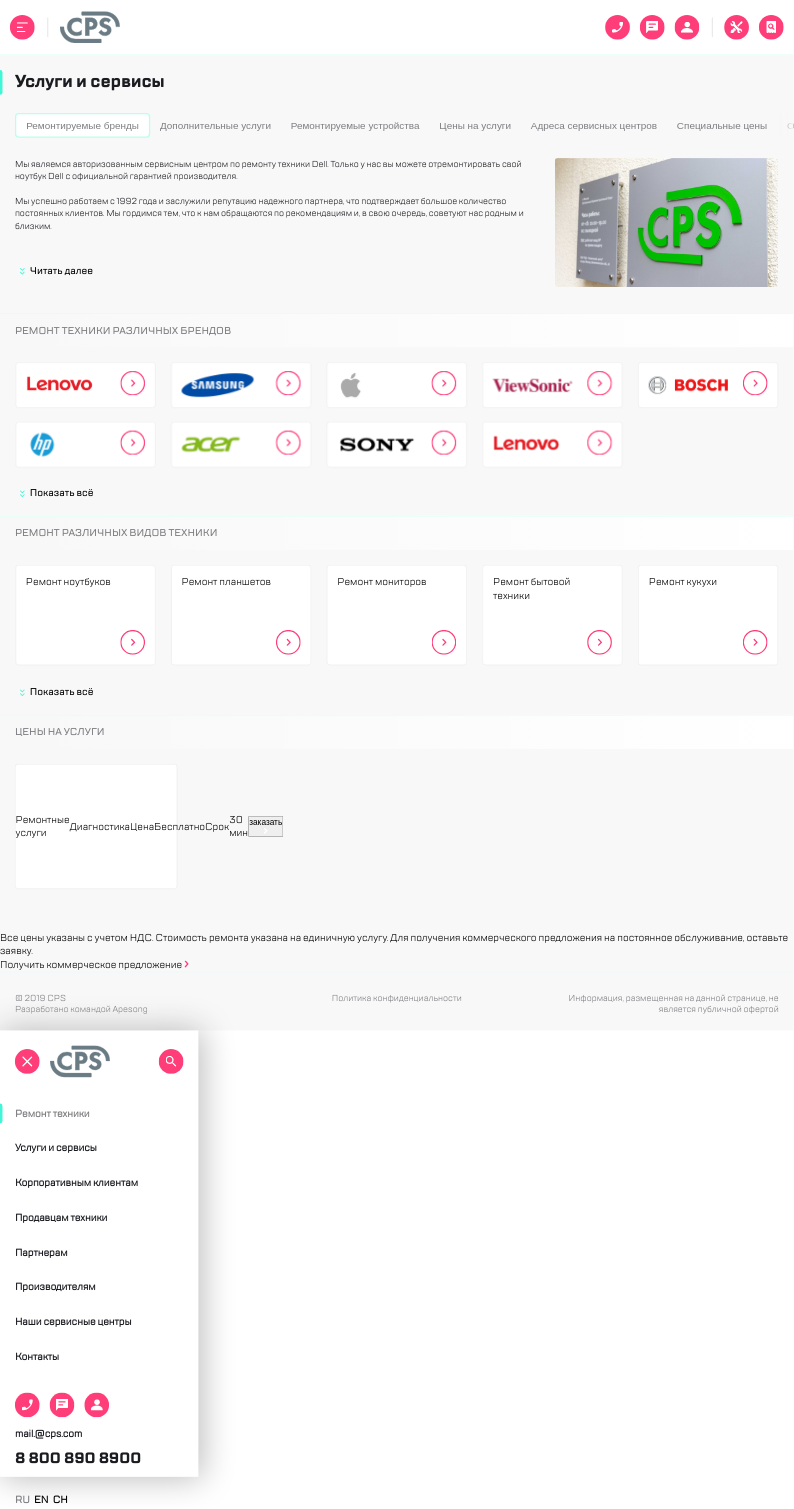
Repository: Dedoxa/WebCoreF
Page: /
These files come from the project's save history. The page is drawn as it stood at one moment and after the next save; the edit follows.
The browser window is 1280 px wide. The pictures show the whole page, at 62% of full size.
The project was rebuilt for these pictures with package versions that can differ from the ones it lists, and the page was loaded fresh each time. Also part of the build but not shown: webpack.config.js.

Above is the page before, as saved 2024-06-15 19:10:46.

### src/index.html
<!DOCTYPE html>
<html lang="en">
  <head>
    <meta charset="UTF-8" />
    <meta
      name="viewport"
      content="width=device-width, user-scalable=no, initial-scale=1.0, maximum-scale=1.0, minimum-scale=1.0"
    />
    <meta http-equiv="X-UA-Compatible" content="ie=edge" />
    <title>WebCoreFinal</title>
  </head>
  <body>
    <header class="header">
      <div class="header__left-side">
        <a id="burger" href="#" class="icon header__icon"></a>
        <a id="logo" href="#" class="icon header__icon"></a>
      </div>
      <div class="header__right-side">
        <a id="call" href="#" class="icon header__icon"></a>
        <a id="chat" href="#" class="icon header__icon"></a>
        <a id="profile" href="#" class="icon header__icon"></a>
        <a id="repair" href="#" class="icon header__icon"></a>
        <a id="checkStatus" href="#" class="icon header__icon"></a>
      </div>
    </header>
    <main>
      <section class="presentation">
        <div class="presentation__wrapper">
          <div class="presentation__title">
            <h1 class="presentation__heading">Услуги и сервисы</h1>
            <div class="presentation__right-area">
              <label class="presentation__icon-area">
                <span class="presentation__icon-text">Оставить заявку</span>
                <a id="repair" href="#" class="icon presentation__icon"></a>
              </label>
              <label class="presentation__icon-area">
                <span class="presentation__icon-text">Статус ремонта</span>
                <a id="checkStatus" href="#" class="icon presentation__icon"></a>
              </label>
            </div>
          </div>
          <div class="presentation__buttons">
            <button href="#" class="presentation__button presentation__button--focus">
              Ремонтируемые бренды
            </button>
            <button href="#" class="presentation__button">
              Дополнительные услуги
            </button>
            <button href="#" class="presentation__button">
              Ремонтируемые устройства
            </button>
            <button href="#" class="presentation__button">
              Цены на услуги
            </button>
            <button href="#" class="presentation__button">
              Адреса сервисных центров
            </button>
            <button href="#" class="presentation__button">
              Специальные цены
            </button>
            <button href="#" class="presentation__button">Отзывы</button>
            <div class="presentation__right-fade-effect"></div>
          </div>
          <div class="presentation__container">
            <div class="presentation__description">
              <p class="presentation__text">
                Мы являемся авторизованным сервисным центром по ремонту техники
                Dell. Только у нас вы можете отремонтировать свой ноутбук Dell с
                официальной гарантией производителя. <br /><br />
                Мы успешно работаем с 1992 года и заслужили репутацию надежного
                партнера, что подтверждает большое количество постоянных клиентов.
                Мы гордимся тем, что к нам обращаются по рекомендациям и, в свою
                очередь, советуют нас родным и близким.
              </p>
              <span class="presentation__toggler">Читать далее</span>
            </div>
            <img src="img/CPS-img-tablet.jpg" alt="" class="presentation__image-tablet" />
            <img
              src="img/CPS-img-desktop.jpg"
              alt=""
              class="presentation__image-desktop"
            />
          </div>
        </div>
        <img src="img/CPS-img-phone.jpg" alt="" class="presentation__image-phone" />
      </section>
      <section class="plates">
        <header class="plates__heading">
            <div class="plates__wrapper plates__wrapper-heading">
                <span>Ремонт техники различных брендов</span>
            </div>
        </header>
        <div class="plates__content-area">
            <div class="plates__wrapper">
                <div class="plates__swiper-container">
                    <div class="swiper plates__swiper">
                        <div id="plate-options" class="swiper-wrapper plates__brands-wrapper">
                            <div class="swiper-slide plates__slide">
                                <div class="plates__brand-plate">
                                    <img src="../img/logo-lenovo.png"  width="108" height="32"  class="plates__logo"></img>
                                    <div class="plates__dropdown-wrapper">
                                      <img src="./img/ic-dropdown.svg"></img>
                                    </div>
                                </div>
                            </div>
                            <div class="swiper-slide plates__slide">
                                <div class="plates__brand-plate">
                                    <img src="../img/logo-samsung.png" width="116" height="38.52" class="plates__logo"></img>
                                    <div class="plates__dropdown-wrapper">
                                      <img src="./img/ic-dropdown.svg"></img>
                                    </div>
                                </div>
                            </div>
                            <div class="swiper-slide plates__slide">
                                <div class="plates__brand-plate">
                                    <img src="../img/logo-apple.png" width="44" height="44" class="plates__logo"></img>
                                    <div class="plates__dropdown-wrapper">
                                      <img src="./img/ic-dropdown.svg"></img>
                                    </div>
                                </div>
                            </div>
                            <div class="swiper-slide plates__slide">
                                <div class="plates__brand-plate">
                                    <img src="../img/logo-viewSonic.png" width="128" height="21" class="plates__logo"></img>
                                    <div class="plates__dropdown-wrapper">
                                      <img src="./img/ic-dropdown.svg"></img>
                                    </div>
                                </div>
                            </div>
                            <div class="swiper-slide plates__slide">
                                <div class="plates__brand-plate">
                                    <img src="../img/logo-bosch.png" width="128" height="28.6" class="plates__logo"></img>
                                    <div class="plates__dropdown-wrapper">
                                      <img src="./img/ic-dropdown.svg"></img>
                                    </div>
                                </div>
                            </div>
                            <div class="swiper-slide plates__slide">
                                <div class="plates__brand-plate">
                                    <img src="../img/logo-hp.png" width="52" height="52" class="plates__logo"></img>
                                    <div class="plates__dropdown-wrapper">
                                      <img src="./img/ic-dropdown.svg"></img>
                                    </div>
                                </div>
                            </div>
                            <div class="swiper-slide plates__slide">
                                <div class="plates__brand-plate">
                                    <img src="../img/logo-acer.png" width="94" height="24" class="plates__logo"></img>
                                    <div class="plates__dropdown-wrapper">
                                      <img src="./img/ic-dropdown.svg"></img>
                                    </div>
                                </div>
                            </div>
                            <div class="swiper-slide plates__slide">
                                <div class="plates__brand-plate">
                                    <img src="../img/logo-sony.png" width="128" height="25.6" class="plates__logo"></img>
                                    <div class="plates__dropdown-wrapper">
                                      <img src="./img/ic-dropdown.svg"></img>
                                    </div>
                                </div>
                            </div>
                            <div class="swiper-slide plates__slide">
                                <div class="plates__brand-plate">
                                    <img src="../img/logo-lenovo.png"  width="108" height="32"  class="plates__logo"></img>
                                    <div class="plates__dropdown-wrapper">
                                      <img src="./img/ic-dropdown.svg"></img>
                                    </div>
                                </div>
                            </div>
                        </div>
                        <div class="swiper-pagination"></div>
                    </div>
                </div>
            </div>
            <div class="plates__toggler-area">
                <label class="plates__wrapper plates__wrapper-toggler">
                    <span id="plates-toggler" class="plates__toggler">Показать всё</span>
                </label>
            </div>
        </div>
      </section>
      <section class="plates">
        <header class="plates__heading">
            <div class="plates__wrapper plates__wrapper-heading">
                <span>Ремонт различных видов техники</span>
            </div>
        </header>
        <div class="plates__content-area">
            <div class="plates__wrapper">
                <div class="plates__swiper-container">
                    <div class="swiper plates__swiper">
                        <div id="device-options" class="swiper-wrapper plates__devices-wrapper">
                            <div class="swiper-slide plates__slide">
                                <div class="plates__device-plate">
                                  <span class="plates__logo">Ремонт ноутбуков</span>
                                  <div class="plates__dropdown-wrapper">
                                    <img src="./img/ic-dropdown.svg"></img>
                                  </div>
                                </div>
                            </div>
                            <div class="swiper-slide plates__slide">
                                <div class="plates__device-plate">
                                  <span class="plates__logo">Ремонт планшетов</span>
                                  <div class="plates__dropdown-wrapper">
                                    <img src="./img/ic-dropdown.svg"></img>
                                  </div>
                                </div>
                            </div>
                            <div class="swiper-slide plates__slide">
                                <div class="plates__device-plate">
                                  <span class="plates__logo">Ремонт мониторов</span>
                                  <div class="plates__dropdown-wrapper">
                                    <img src="./img/ic-dropdown.svg"></img>
                                  </div>
                                </div>
                            </div>
                            <div class="swiper-slide plates__slide">
                                <div class="plates__device-plate">
                                  <span class="plates__logo">Ремонт бытовой техники</span>
                                  <div class="plates__dropdown-wrapper">
                                    <img src="./img/ic-dropdown.svg"></img>
                                  </div>
                                </div>
                            </div>
                            <div class="swiper-slide plates__slide">
                                <div class="plates__device-plate">
                                  <span class="plates__logo">Ремонт кукухи</span>
                                  <div class="plates__dropdown-wrapper">
                                    <img src="./img/ic-dropdown.svg"></img>
                                  </div>
                                </div>
                            </div>
                            <div class="swiper-slide plates__slide">
                                <div class="plates__device-plate">
                                  <span class="plates__logo">Ремонт шмемонт</span>
                                  <div class="plates__dropdown-wrapper">
                                    <img src="./img/ic-dropdown.svg"></img>
                                  </div>
                                </div>
                            </div>
                            <div class="swiper-slide plates__slide">
                                <div class="plates__device-plate">
                                  <span class="plates__logo">Ремонт бельмонт</span>
                                  <div class="plates__dropdown-wrapper">
                                    <img src="./img/ic-dropdown.svg"></img>
                                  </div>
                                </div>
                            </div>
                            <div class="swiper-slide plates__slide">
                                <div class="plates__device-plate">
                                  <span class="plates__logo">Ремонт взял тебя на понт</span>
                                  <div class="plates__dropdown-wrapper">
                                    <img src="./img/ic-dropdown.svg"></img>
                                  </div>
                                </div>
                            </div>
                            <div class="swiper-slide plates__slide">
                                <div class="plates__device-plate">
                                  <span class="plates__logo">Ремонт дорог (вечный*)</span>
                                  <div class="plates__dropdown-wrapper">
                                    <img src="./img/ic-dropdown.svg"></img>
                                  </div>
                                </div>
                            </div>
                        </div>
                        <div class="swiper-pagination"></div>
                    </div>
                </div>
            </div>
            <div class="plates__toggler-area">
                <label class="plates__wrapper plates__wrapper-toggler">
                    <span id="devices-toggler" class="plates__toggler">Показать всё</span>
                </label>
            </div>
        </div>
      </section>
      <section class="plates">
        <header class="plates__heading">
          <div class="plates__wrapper plates__wrapper-heading">
            <span>Цены на услуги</span>
          </div>
        </header>
        <div class="plates__content-area">
          <div class="plates__wrapper">
            <div class="plates__swiper-container">
              <div class="swiper plates__swiper">
                <div class="swiper-wrapper plates__prices-wrapper">
                  <div class="swiper-slide plates__slide">
                    <div class="plates__price-plate">
                      <p>Ремонтные услуги</p>
                      <p>Диагностика</p>
                      <p>Цена</p>
                      <p>Бесплатно</p>
                      <p>Срок</p>
                      <p>30 мин</p>
                      <button>
                        заказать
                        <img src="./img/ic-right-white-arrow.svg" alt="">
                      </button>
                    </div>
                  </div>
                </div>
                <div class="swiper-pagination"></div>
              </div>
            </div>
          </div>
        </div>
        <div class="prices">
          <span>Все цены указаны с учетом НДС. Стоимость ремонта указана на единичную услугу. Для получения коммерческого предложения на постоянное обслуживание, оставьте заявку.</span>
          <div>
            <span>Получить коммерческое предложение</span>
            <img src="./img/ic-right-pink-arrow.svg">
          </div>
        </div>
      </section>
      <footer class="footer">
        <div class="footer__wrapper">
            <div>
              <p>© 2019 CPS<br>Разработано командой Apesong</p>
            </div>
            <div>
              <p>Политика конфиденциальности</p>
            </div>
            <div>
              <p>Информация, размещенная на данной странице, не является публичной офертой</p>
            </div>
      </footer>

      <aside class="aside-menu">
        <div class="aside-menu__wrapper">
          <div>
            <div class="aside-menu__header">
              <div class="aside-menu__subwrapper">
                <div class="aside-menu__header-left">
                  <a id="cross" href="#" class="icon aside-menu__icon"></a>
                  <a id="logo" href="#" class="icon aside-menu__icon"></a>
                </div>
                <div class="aside-menu__header-right">
                  <a id="search" href="#" class="icon aside-menu__icon"></a>
                </div>
              </div>
            </div>
            <ul class="aside-menu__links-list">
              <li class="aside-menu__link aside-menu__link--active">
                <a href="#" class=""> Ремонт техники </a>
              </li>
              <li class="aside-menu__link"><a href="#"> Услуги и сервисы </a></li>
              <li class="aside-menu__link"><a href="#"> Корпоративным клиентам </a></li>
              <li class="aside-menu__link"><a href="#"> Продавцам техники </a></li>
              <li class="aside-menu__link"><a href="#"> Партнерам </a></li>
              <li class="aside-menu__link"><a href="#"> Производителям </a></li>
              <li class="aside-menu__link"><a href="#"> Наши сервисные центры </a></li>
              <li class="aside-menu__link"><a href="#"> Контакты </a></li>
            </ul>
          </div>
          <section class="aside-menu__down-section">
            <div class="aside-menu__down-wrapper">
              <div class="aside-menu__down-icons">
                <a id="call" href="#" class="icon aside-menu__icon"></a>
                <a id="chat" href="#" class="icon aside-menu__icon"></a>
                <a id="profile" href="#" class="icon aside-menu__icon"></a>
              </div>
              <div>
                <a href="mailto:mail.@cps.com" class="aside-menu__email"><span>mail.@cps.com</span></a>
                <a href="tel:+88008908900" class="aside-menu__phone-number"><span>8 800 890 8900</span></a>
              </div>
              <div class="aside-menu__language-choice">
                <span class="aside-menu__language-option aside-menu__language-option--active">RU</span>
                <span class="aside-menu__language-option">EN</span>
                <span class="aside-menu__language-option">CH</span>
              </div>
            </div>
          </section>
        </div>
      </aside>
    </main>
  </body>
</html>

### src/scss/style.scss
@import url('./\(id\)icons.scss');
@import url('./\(import\)fonts.scss');
@import url('./\(tag\)html.scss');
@import url('./\(tag\)svg.scss');
@import url('../../node_modules/swiper/swiper-bundle.css');

@import url('./aside-menu.scss');
@import url('./footer.scss');
@import url('./header.scss');
@import url('./icon.scss');
@import url('./jsExpand.scss');
@import url('./plates.scss');
@import url('./presentation.scss');
@import url('./prices.scss');
@import url('./swiper-castomization.scss');

### src/scss/(id)icons.scss
#burger {
  background-image: url('../img/ic-burger.svg');
}

#logo {
  background-color: transparent;
  border-radius: 0;
  background-image: url('../img/ic-CPSLogo.svg');
}

#call {
  background-image: url('../img/ic-call.svg');
}

#chat {
  background-image: url('../img/ic-chat.svg');
}

#profile {
  background-image: url('../img/ic-profile.svg');
}

#repair {
  background-image: url('../img/ic-repair.svg');
}

#checkStatus {
  background-image: url('../img/ic-checkstatus.svg');
}

#cross {
  background-image: url('../img/ic-cross.svg');
}

#search {
  background-image: url('../img/ic-search.svg');
}

### src/scss/(tag)html.scss
html {
  box-sizing: border-box;
  font-family: 'TT Lakes Regular', Times, serif;

  * {
    box-sizing: inherit;
    margin: 0;
    padding: 0;

    &:before,
    &:after {
      box-sizing: inherit;
      margin: 0;
      padding: 0;
    }
  }
}

### src/scss/(tag)svg.scss
svg {
  position: absolute;
  top: 50%;
  left: 50%;
  transform: translate(-50%, -50%);
}

### src/scss/icon.scss
.icon {
  flex: 0 0 auto;
  position: relative;
  width: 40px;
  height: 40px;
  background-color: #ff3e79;
  background-repeat: no-repeat;
  background-position: center;
  border-radius: 50%;
  transition: opacity linear 0.2s;
  opacity: 100%;

  &:hover {
    transition: opacity linear 0.2s;
    opacity: 50%;
  }
}

### src/scss/jsExpand.scss
.jsExpand {
  height: max-content !important;
}

### src/scss/prices.scss
.priceText {
  font-size: 14px;
}

### src/scss/swiper-castomization.scss
.swiper-pagination {
  .swiper-pagination-bullet {
    width: 12px;
    height: 12px;
    background-color: #dddddd;
  }

  .swiper-pagination-bullet-active {
    background-color: #b5b6bc;
  }
}

Loaded but not shown: src/js/js.js (51 lines, source omitted); src/js/index.js (4 lines, source omitted); src/scss/presentation.scss (262 lines, source omitted); src/scss/plates.scss (208 lines, source omitted); src/scss/aside-menu.scss (163 lines, source omitted); src/scss/header.scss (87 lines, source omitted); src/scss/(import)fonts.scss (29 lines, source omitted); src/scss/footer.scss (56 lines, source omitted)

After the next save:
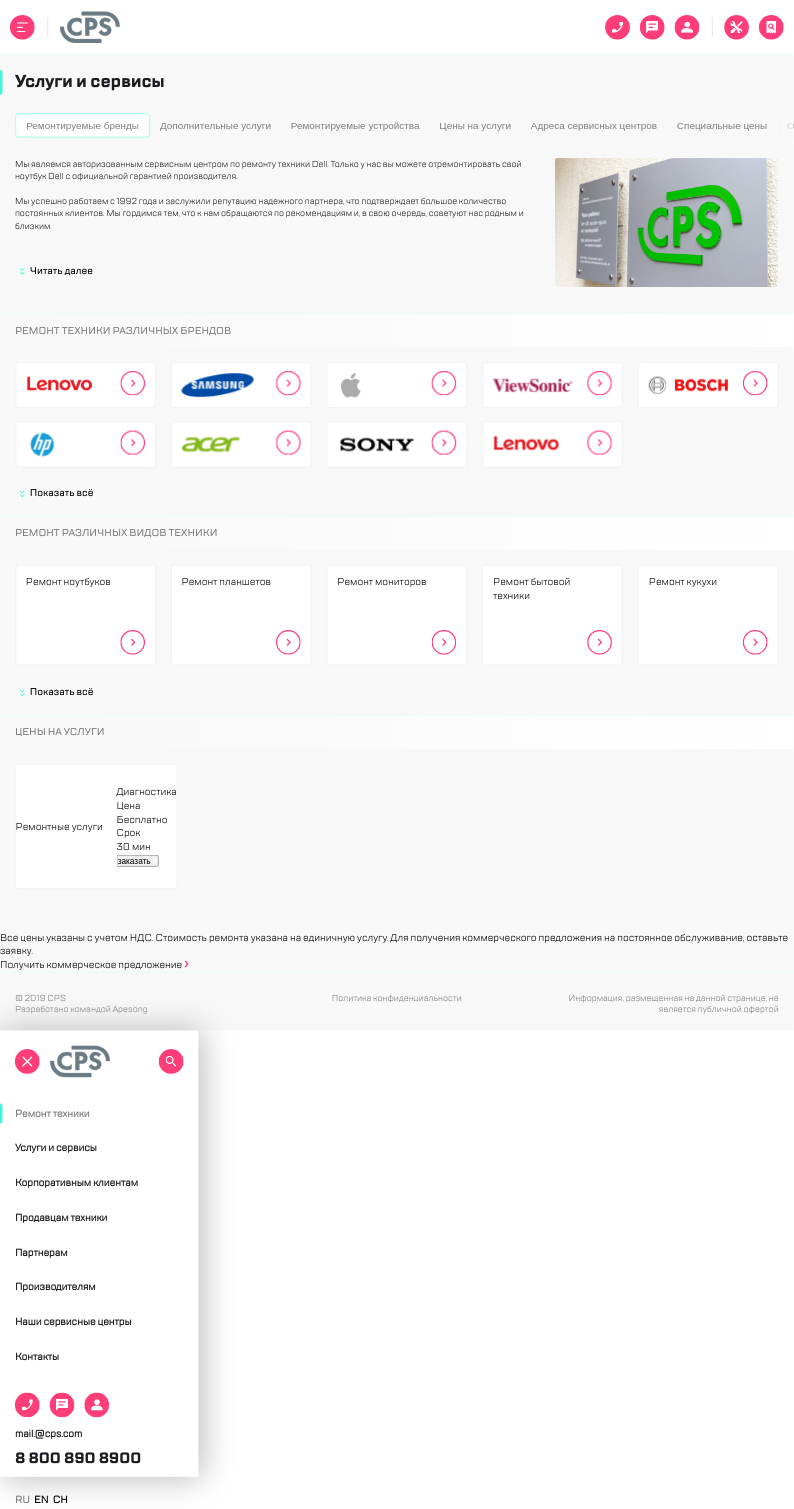
Saved 3 min 17 s later.
--- a/src/index.html
+++ b/src/index.html
@@ -287,12 +287,12 @@
                 <div class="swiper-wrapper plates__prices-wrapper">
                   <div class="swiper-slide plates__slide">
                     <div class="plates__price-plate">
-                      <p>Ремонтные услуги</p>
-                      <p>Диагностика</p>
-                      <p>Цена</p>
-                      <p>Бесплатно</p>
-                      <p>Срок</p>
-                      <p>30 мин</p>
+                      <div class="plates__price-category">Ремонтные услуги</div>
+                      <div class="plates__price-text">Диагностика</p>
+                      <div class="plates__price-category">Цена</div>
+                      <div class="plates__price-text">Бесплатно</div>
+                      <div class="plates__price-category">Срок</div>
+                      <div class="plates__price-text">30 мин</div>
                       <button>
                         заказать
                         <img src="./img/ic-right-white-arrow.svg" alt="">
